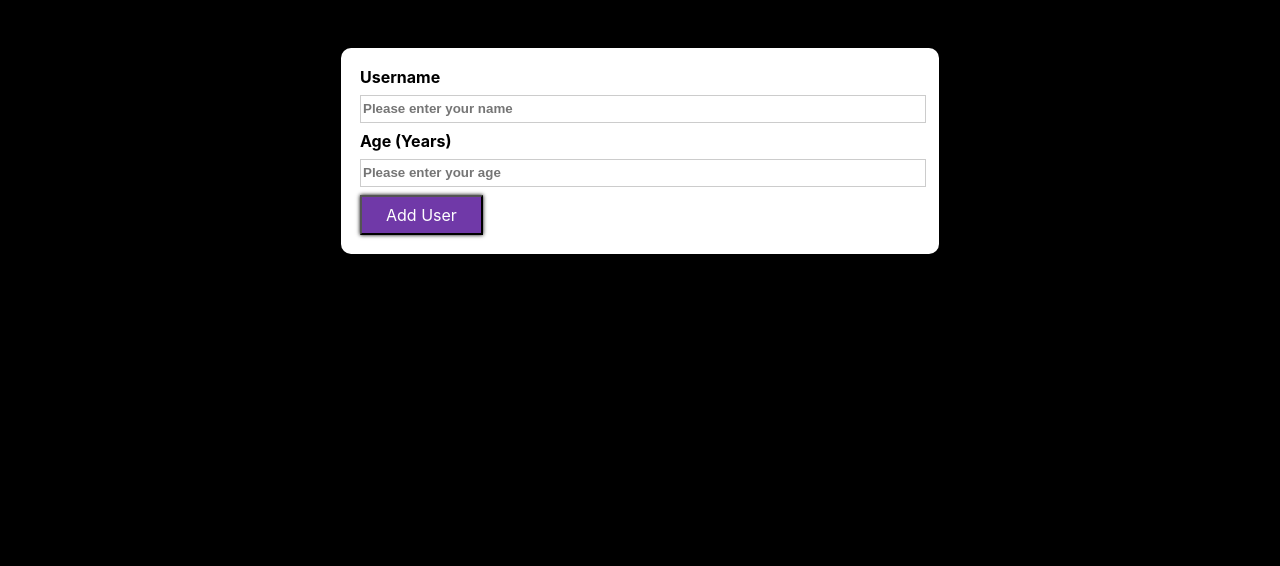
Repository: NamalPathirana/section-eight
Page: /
These files come from the project's save history. The page is drawn as it stood at one moment and after the next save; the edit follows.
The browser window is 1280 px wide. The pictures show the whole page.
The project was rebuilt for these pictures with package versions that can differ from the ones it lists, and the page was loaded fresh each time. Also part of the build but not shown: src/Components/UserList/UserList.module.css, src/Components/UserListItem/UserListItem.module.css, src/Components/UserListItem/UserListItem.js, src/Components/UserList/UserList.js.

Above is the page before, as saved 2021-11-26 19:46:44.

After the next save:
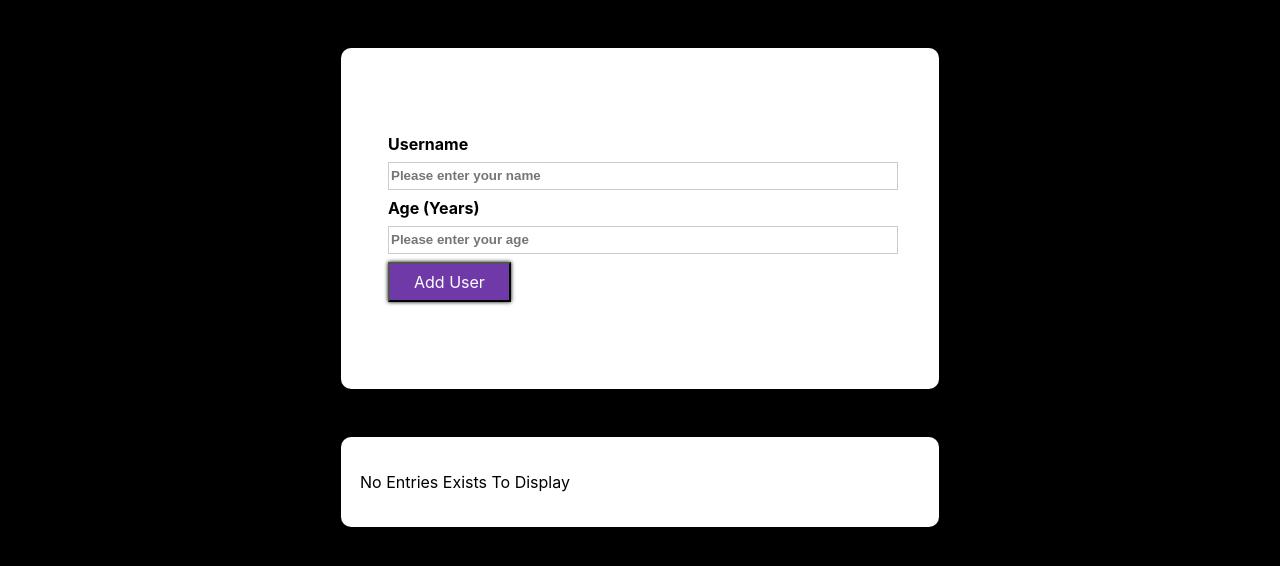
Saved 67 s later.
--- a/src/App.css
+++ b/src/App.css
@@ -1,4 +1,13 @@
-.App {
+.App section{
 
+    margin: 0.5rem 0.5rem;
+    padding: 1.2rem 1.2rem;
+    width: 35rem;
+    max-width: 90%;
+    margin: 3rem auto;
+    background-color: white;
+    border-radius: 10px;
+    display: flex;
+    flex-direction: column;
 
 }

After the 2 saves that followed:
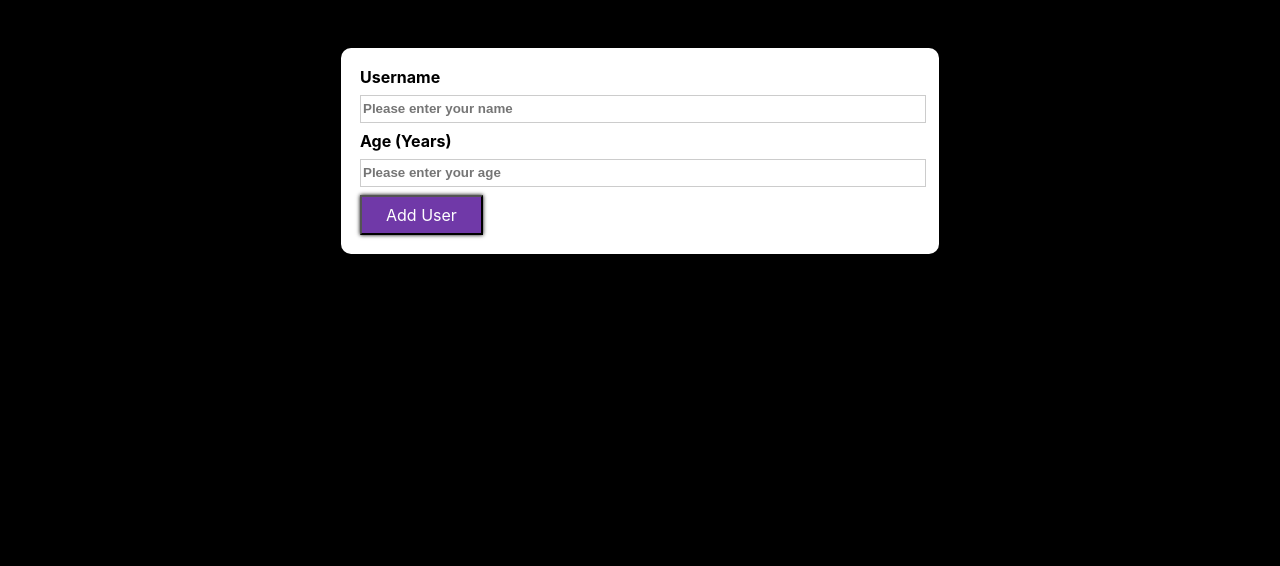
The 2 saves are shown as one change because 1 left the picture as it was.
The last was saved 66 s later.
--- a/src/App.css
+++ b/src/App.css
@@ -1,5 +1,4 @@
-.App section{
-
+.App .block{
     margin: 0.5rem 0.5rem;
     padding: 1.2rem 1.2rem;
     width: 35rem;
@@ -9,5 +8,4 @@
     border-radius: 10px;
     display: flex;
     flex-direction: column;
-
 }
